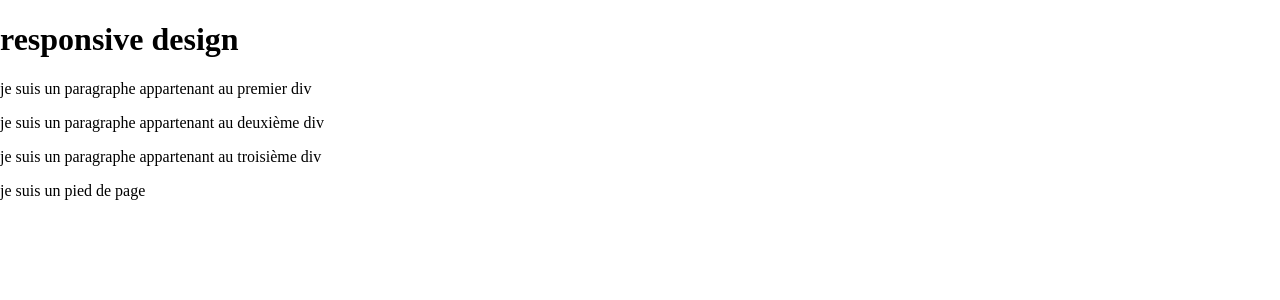
Repository: serviceshuios/Git-Aix-Web
Page: responsive-design/WebContent/index.html
The author's editor kept a copy of each file at every save. The page is drawn from the files as they stood at one save, then again after the next save.
The browser window is 1280 px wide. The pictures show the whole page.

Above is the page before, as saved 2018-10-26 08:34:49.

After the next save:
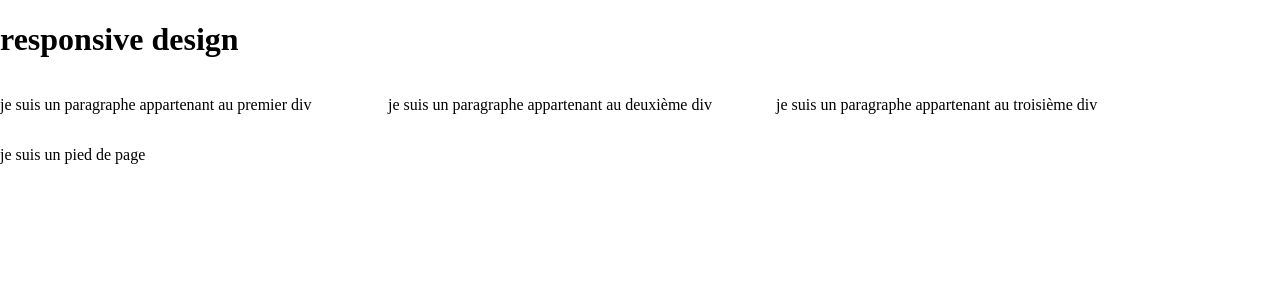
Saved 2 min 55 s later.
--- a/responsive-design/WebContent/css/style.css
+++ b/responsive-design/WebContent/css/style.css
@@ -3,3 +3,7 @@ body {
 	margin:0px;
 	padding:0px;
 }
+.div1, .div2, .div3{
+	display: inline-block;
+	width: 30%;
+}
